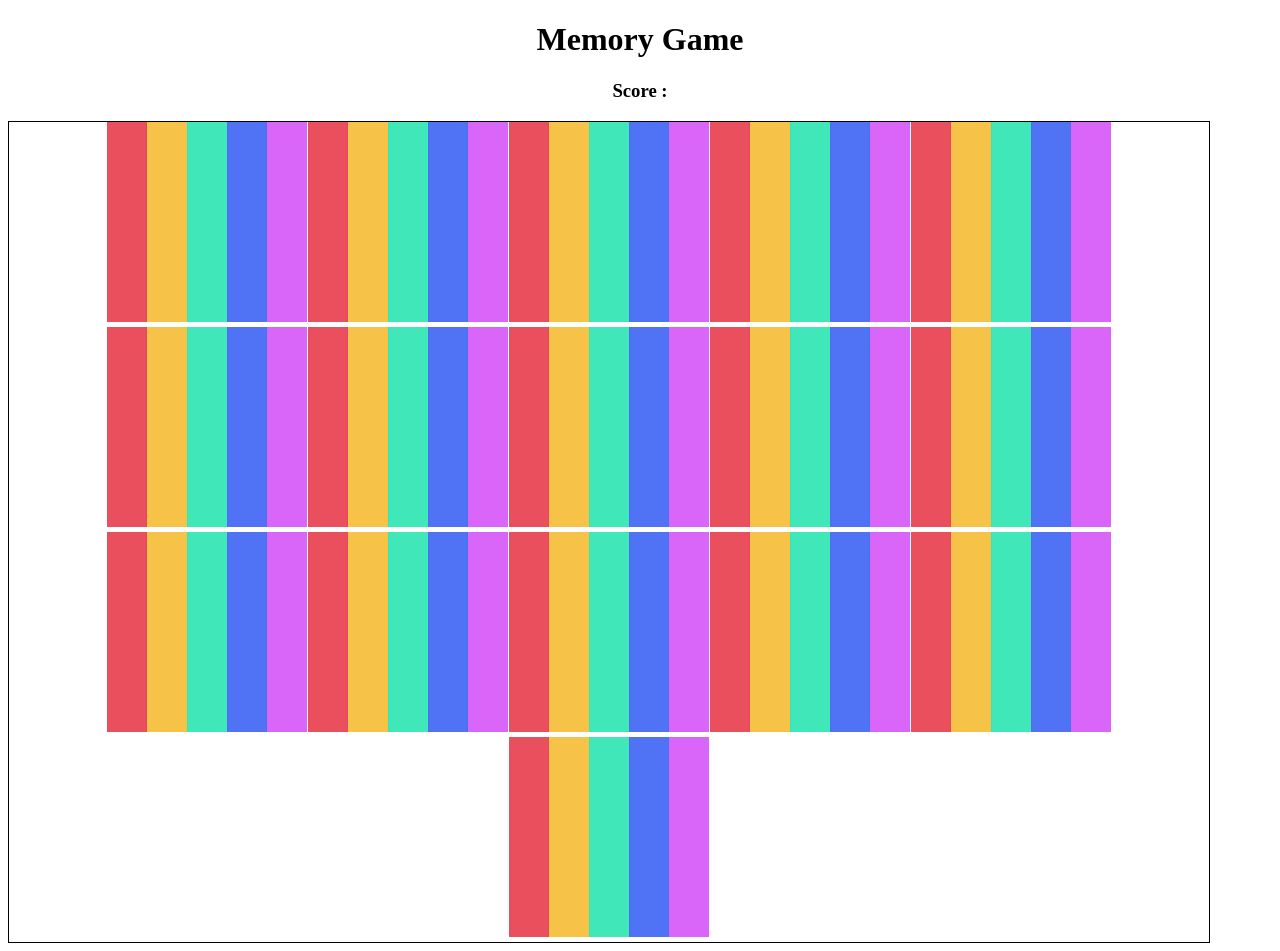
Repository: divyaravada/javascript-games
Page: memory-game/memorygame.html
These files come from the project's save history. The page is drawn as it stood at one moment and after the next save; the edit follows.
The browser window is 1280 px wide. The pictures show the whole page.

Above is the page before, as saved 2022-03-15 16:46:57.

### memory-game/memorygame.html
<!DOCTYPE html>
<html lang="en">
  <head>
    <meta charset="UTF-8" />
    <title>Memory Game</title>
    <link rel="stylesheet" href="./memorystyle.css" />
  </head>
  <body>
    <div>
      <h1>Memory Game</h1>
    </div>

    <div>
      <h3>Score : <span id="result"></span></h3>
    </div>

    <div id="grid"></div>

    <script src="./memory.js"></script>
  </body>
</html>

### memory-game/memorystyle.css
* {
  text-align: center;
  align-items: center;
  justify-content: center;
}
#grid {
  align-items: center;
  justify-content: center;
  width: 1200px;
  border: 1px solid black;
}
#grid img {
  width: 200px;
  height: 200px;
  padding: 0.5px;
}

### memory-game/memory.js
const cardArray = [
  {
    name: "redcar",
    img: "images/redcar.png",
  },
  {
    name: "whitecar",
    img: "images/whitecar.png",
  },
  {
    name: "yellowcar",
    img: "images/yellowcar.jpg",
  },
  {
    name: "purplecar",
    img: "images/purplecar.png",
  },
  {
    name: "greencar",
    img: "images/greencar.png",
  },
  {
    name: "browncar",
    img: "images/browncar.png",
  },
  {
    name: "bluecar",
    img: "images/bluecar.jpg",
  },
  {
    name: "blackcar",
    img: "images/blackcar.png",
  },
  {
    name: "redcar",
    img: "images/redcar.png",
  },
  {
    name: "whitecar",
    img: "images/whitecar.png",
  },
  {
    name: "yellowcar",
    img: "images/yellowcar.jpg",
  },
  {
    name: "purplecar",
    img: "images/purplecar.png",
  },
  {
    name: "greencar",
    img: "images/greencar.png",
  },
  {
    name: "browncar",
    img: "images/browncar.png",
  },
  {
    name: "bluecar",
    img: "images/bluecar.jpg",
  },
  {
    name: "blackcar",
    img: "images/blackcar.png",
  },
];

cardArray.sort(() => 0.5 - Math.random());

const gridDisplay = document.querySelector("#grid");
const resultDisplay = document.querySelector("#result");
let cardsChoosen = [];
let cardsChoosenIds = [];
const cardsWon = [];

function createBoard() {
  for (let i = 0; i < cardArray.length; i++) {
    const card = document.createElement("img");
    card.setAttribute("src", "images/rainbow.png");
    card.setAttribute("data-id", i);
    card.addEventListener("click", flipCard);
    gridDisplay.appendChild(card);
  }
}
createBoard();

function checkMatch() {
  const cards = document.querySelectorAll("img");
  const optionOneId = cardsChoosenIds[0];
  const optionTwoId = cardsChoosenIds[1];
  if (optionOneId == optionTwoId) {
    cards[optionOneId].setAttribute("src", "images/rainbow.png");
    cards[optionTwoId].setAttribute("src", "images/rainbow.png");
    alert("You have clicked the same image!");
  }

  if (cardsChoosen[0] == cardsChoosen[1]) {
    alert("You found a match");
    cards[optionOneId].setAttribute("src", "images/white.png");
    cards[optionTwoId].setAttribute("src", "images/white.png");
    cards[optionOneId].removeEventListener("click", flipCard);
    cards[optionTwoId].removeEventListener("click", flipCard);
    cardsWon.push(cardsChoosen);
  } else {
    cards[optionOneId].setAttribute("src", "images/rainbow.png");
    cards[optionTwoId].setAttribute("src", "images/rainbow.png");
    alert("Sorry Try again!");
  }
  resultDisplay.textContent = cardsWon.length;
  cardsChoosen = [];
  cardsChoosenIds = [];

  if (cardsWon.length == cardArray.length / 2) {
    resultDisplay.textContent = "Congratulations you found them all";
  }
}

function flipCard() {
  const cardId = this.getAttribute("data-id");
  cardsChoosen.push(cardArray[cardId].name);
  cardsChoosenIds.push(cardId);
  this.setAttribute("src", cardArray[cardId].img);
  if (cardsChoosen.length === 2) {
    setTimeout(checkMatch, 500);
  }
}

After the next save:
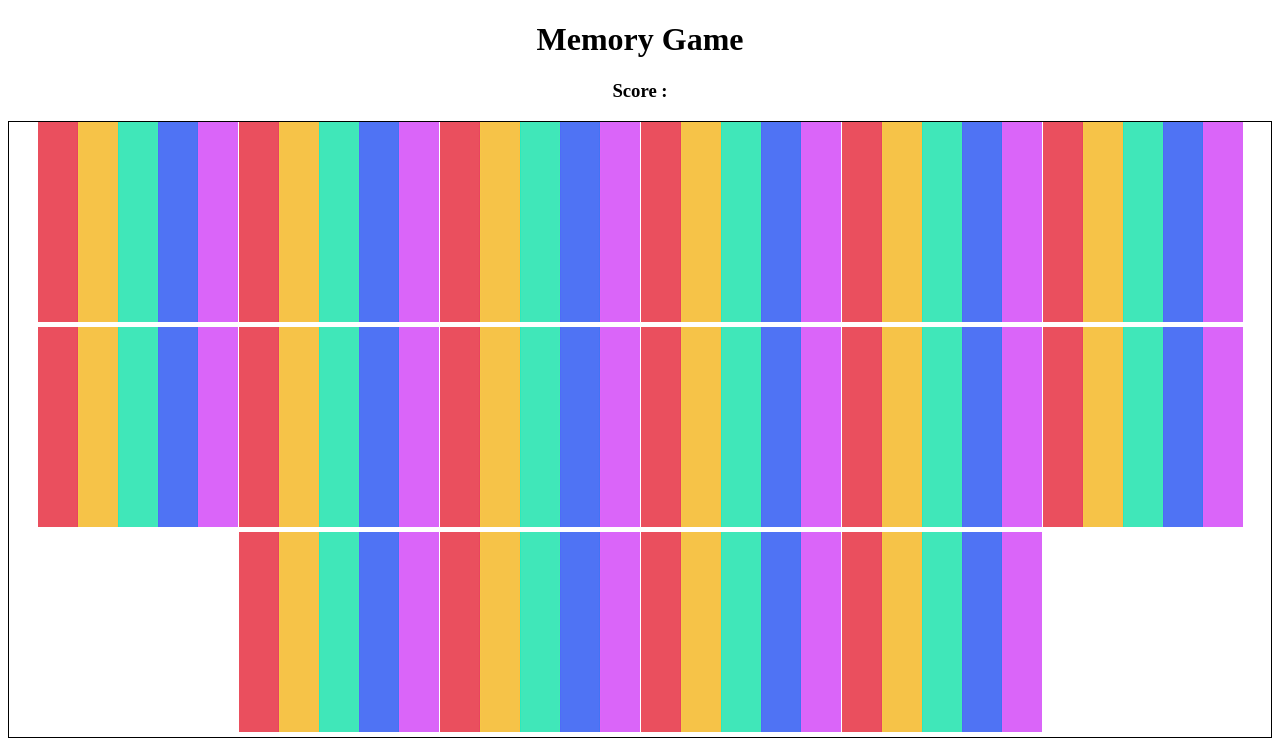
Saved 11 s later.
--- a/memory-game/memorystyle.css
+++ b/memory-game/memorystyle.css
@@ -6,7 +6,7 @@
 #grid {
   align-items: center;
   justify-content: center;
-  width: 1200px;
+  width: fit-content;
   border: 1px solid black;
 }
 #grid img {
